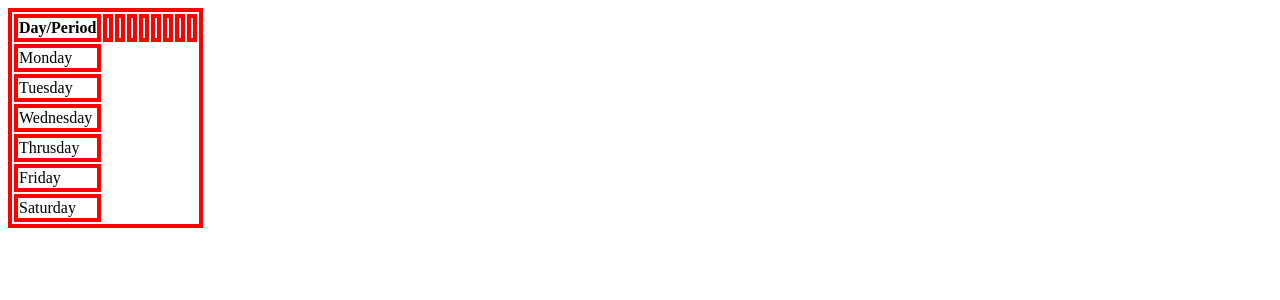
Repository: nir-github01/Html
Page: assign1-table.html
The author's editor kept a copy of each file at every save. The page is drawn from the files as they stood at one save, then again after the next save.
The browser window is 1280 px wide. The pictures show the whole page.

Above is the page before, as saved 2022-09-20 20:01:04.

After the next save:
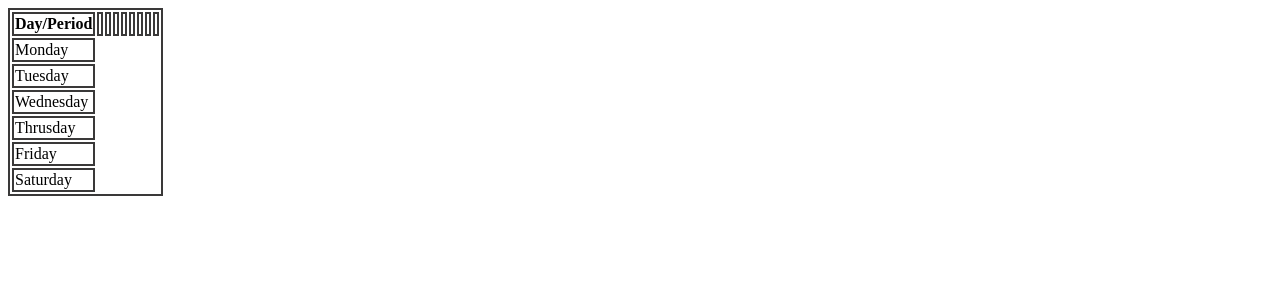
Saved 55 s later.
--- a/assign1-table.html
+++ b/assign1-table.html
@@ -7,7 +7,7 @@
     <title>Time-table</title>
     <style>
         table, th, td{
-            border: 4px solid red;
+            border: 2px solid rgb(58, 57, 57);
         }
     </style>
 </head>
